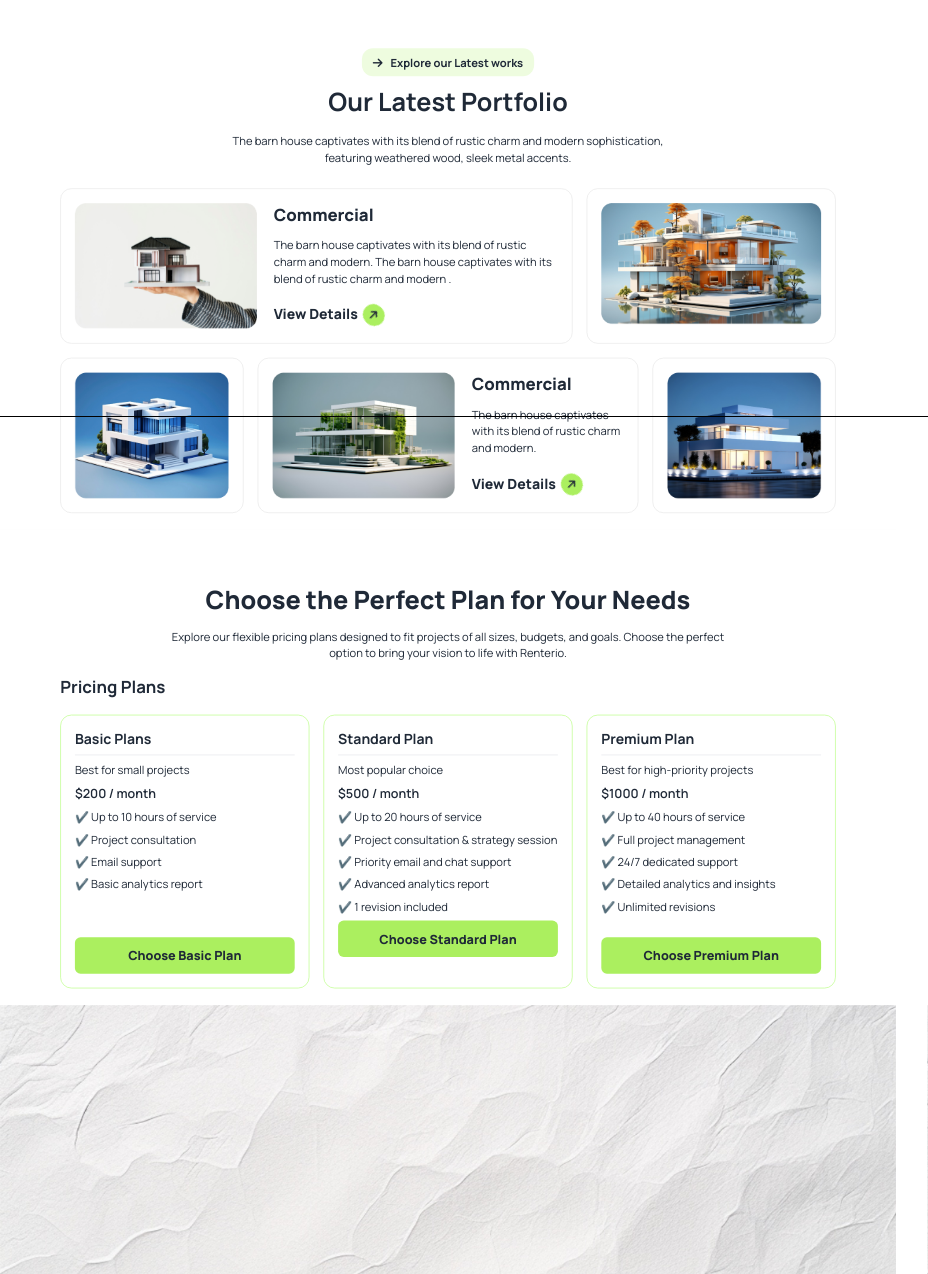
Repository: Tanvir4312/assignment-03
Page: index.html
The author's editor kept a copy of each file at every save. The page is drawn from the files as they stood at one save, then again after the next save.
The browser window is 1280 px wide. The page is 1325 px wide, so the pictures cover 1325 px, including what lies to the right of the window. The pictures show the part of the page from y = 2310 to 4150 px (the page is 4130 px tall before and 4150 px after), at 70% of full size.
Some web libraries are served in a nearby version.

Above is the page before, as saved 2024-10-30 20:46:27.

### index.html
<!DOCTYPE html>
<html lang="en">

<head>
    <meta charset="UTF-8">
    <meta name="viewport" content="width=device-width, initial-scale=1.0">
    <title>Renterio</title>
    <link rel="stylesheet" href="styles/styles.css">
    <!-- DaisyUI -->
    <link href="https://cdn.jsdelivr.net/npm/daisyui@4.12.14/dist/full.min.css" rel="stylesheet" type="text/css" />
    <script src="https://cdn.tailwindcss.com"></script>
    <!-- Icon -->
    <link rel="stylesheet" href="https://cdnjs.cloudflare.com/ajax/libs/font-awesome/6.6.0/css/all.min.css"
        integrity="sha512-Kc323vGBEqzTmouAECnVceyQqyqdsSiqLQISBL29aUW4U/M7pSPA/gEUZQqv1cwx4OnYxTxve5UMg5GT6L4JJg=="
        crossorigin="anonymous" referrerpolicy="no-referrer" />

    <script>
        tailwind.config = {
            theme: {
                extend: {
                    colors: {
                        clifford: '#da373d',
                        bgBtnColor: '#ABEF5F',
                        btnTextAndWorksTextColor: '#1C1C1C',
                        mainColor: '#212121',
                        secondaryColor: '#494949',

                    }
                }
            }
        }
    </script>
</head>

<body class="manrope-font">
    <header>
        <!-- Navbar -->
        <nav class="container mx-auto">
            <div class="navbar relative py-14">
                <div class="navbar-start">
                    <div class="absolute right-0">
                        <div class="dropdown">
                            <div tabindex="0" role="button"
                                class="btn btn-ghost mr-2 lg:hidden border border-[rgba(233,233,233)] rounded-full bg-[#f9f8f8]">
                                <svg xmlns="http://www.w3.org/2000/svg" class="h-5 w-5" fill="none" viewBox="0 0 24 24"
                                    stroke="currentColor">
                                    <path stroke-linecap="round" stroke-linejoin="round" stroke-width="2"
                                        d="M4 6h16M4 12h8m-8 6h16" />
                                </svg>
                            </div>
                            <div class="absolute -left-20">
                                <ul tabindex=""
                                    class="menu menu-sm dropdown-content bg-base-100 rounded-box z-[1] p-2 shadow w-32">
                                    <li><a>Home</a></li>
                                    <li><a>Services</a></li>
                                    <li><a>Portfolio</a></li>
                                    <li><a>Blogs</a></li>
                                    <li><a>Contact Us</a></li>
                                </ul>
                            </div>
                        </div>
                    </div>
                    <i class="fa-solid fa-arrow-right -rotate-45 bg-bgBtnColor p-2 rounded-full	"></i>
                    <a class="btn btn-ghost font-extrabold text-3xl pl-2">Renterio</a>
                </div>
                <div class="navbar-center hidden lg:flex">
                    <ul class="menu menu-horizontal px-1">
                        <li><a class="font-extrabold">Home</a></li>
                        <li><a>Services</a></li>
                        <li><a>Portfolio</a></li>
                        <li><a>Blogs</a></li>
                        <li><a>Contact Us</a></li>
                    </ul>
                </div>

                <div class="navbar-end hidden md:block">
                    <div class="flex justify-end">
                        <div class="flex items-center gap-3 mr-2">
                            <div class="px-3 py-1 border border-[rgba(233,233,233)] rounded-full bg-[#f9f8f8]">
                                <i class="fa-solid fa-magnifying-glass"></i>
                            </div>
                            <div class="px-3 py-1 border border-[rgba(233,233,233)] rounded-full bg-[#f9f8f8]">
                                <i class="fa-solid fa-cart-shopping"></i>
                            </div>
                        </div>
                        <div class="relative ">
                            <button class="btn bg-bgBtnColor rounded-3xl pr-14 text-lg font-semibold">Book
                                Consult</button>
                            <i
                                class="fa-solid fa-arrow-right -rotate-45 bg-black text-white p-2 rounded-full absolute top-2 right-4 "></i>
                        </div>
                    </div>
                </div>
            </div>
        </nav>
        <!-- Banner -->
        <section class="banner text-center">
            <!-- Banner Image -->
            <div class="flex justify-center px-14">
                <img src="./assets/banner.png" alt="">
            </div>
            <!-- Banner Text -->
            <div class="mt-6">
                <h1 class="text-3xl md:text-6xl font-extrabold md:leading-[80px]">A barn house of this design
                    has a <br>striking appearance
                </h1>
                <p class="mt-6 mb-8 px-5">The barn house captivates with its blend of rustic charm and modern
                    sophistication,
                    featuring weathered wood, sleek metal <br> accents, and large windows that flood the space with
                    natural light.</p>
                <!-- Banner Button -->
                <div class="relative flex px-2 md:justify-center md:items-center">
                    <div class="w-full text-start md:text-center">
                        <button
                            class="btn border border-[rgba(171,239,95)] bg-[rgba(171,239,95,0.5)] rounded-3xl mainColor text-xl font-extrabold pr-14 l w-full md:w-52">View
                            Details</button>
                    </div>
                    <div>
                        <i
                            class="fa-solid fa-arrow-right -rotate-45 bg-bgBtnColor p-2 rounded-full absolute bottom-2 right-[590px]"></i>

                        <i
                            class="md:hidden absolute top-3 right-20 fa-solid fa-arrow-right -rotate-45 bg-bgBtnColor p-2 rounded-full"></i>
                    </div>
                </div>
            </div>
        </section>
    </header>

    <main class="bg-[#F4F4F4]">
        <!-- Commercial and Residential Section -->
        <section class="bg-[#F4F4F4] md:my-24 my-5 pt-7 pb-5 md:pb-20">
            <!-- Vector Image -->
            <img class="hidden md:block border-dashed border-2 border-slate-300 py-7 ml-9" src="./assets/Vector.png"
                alt="">
            <div class="md:w-[1140px] mx-auto grid md:grid-cols-2 grid-cols-1 gap-5 p-4 md:p-0">
                <div>
                    <!-- About Us Button -->
                    <div class="flex justify-center md:flex-col">
                        <div class="bg-white w-32 py-2 px-4 rounded-2xl">
                            <i class="fa-solid fa-arrow-right pr-2"></i>
                            <button class="font-bold">About Us</button>
                        </div>
                    </div>
                    <!-- Text -->
                    <div class="mt-4 md:text-start text-center">
                        <h1 class="text-2xl md:text-4xl font-bold mainColor mb-6">We design thoughtful, <br> liveable
                            spaces
                        </h1>
                        <p class="secondaryColor">The barn house captivates with its blend of rustic charm and
                            modern sophistication, featuring weathered wood, sleek metal accents.</p>
                    </div>

                    <div class="flex md:items-center gap-5 my-6 bg-white p-6 rounded-2xl">
                        <!-- Image -->
                        <div>
                            <img src="./assets/commercial.png" alt="">
                        </div>
                        <!-- Text -->
                        <div>
                            <h3 class="text-xl font-extrabold">Commercial</h3>
                            <p><small>The barn house captivates with its blend <br> of rustic charm and modern.</small>
                            </p>
                        </div>
                    </div>
                    <div class="flex md:items-center gap-5 bg-white p-6 rounded-2xl">
                        <!-- Image -->
                        <div>
                            <img src="./assets/residential.png" alt="">
                        </div>
                        <!-- Text -->
                        <div>
                            <h3 class="text-xl font-extrabold">Residential</h3>
                            <p><small>The barn house captivates with its blend <br> of rustic charm and modern.</small>
                            </p>
                        </div>
                    </div>

                </div>
                <!-- Image -->
                <div>
                    <img class="h-60 w-full md:h-[500px]" src="./assets/Rectangle.png" alt="">
                </div>
            </div>
        </section>
        <!-- Works Process section -->
        <section class="md:w-[1140px] mx-auto px-4 md:px-0 md:pb-24">
            <!-- Works Button -->
            <div class="flex justify-center">
                <div class="bg-white py-2 px-4 rounded-2xl">
                    <i class="fa-solid fa-arrow-right pr-2"></i>
                    <button class="font-bold">How We Works</button>
                </div>
            </div>
            <!-- Text -->
            <div class="text-center">
                <h1 class="py-4 md:py-6 text-2xl md:text-4xl font-bold">Our Works Process</h1>
                <p>The barn house captivates with its blend of rustic charm and modern sophistication, <br> featuring
                    weathered wood, sleek metal accents.</p>
            </div>
            <!-- Card -->
            <div class="card grid grid-cols-1 md:grid-cols-4 gap-4 my-8">
                <div class="bg-[rgba(231,193,211)] rounded-2xl p-5">
                    <img src="./assets/concept.png" alt="">
                    <h4 class="py-2 text-xl font-bold">Concept</h4>
                    <p>The barn house captivates with its blend of rustic charm and modern.</p>
                </div>
                <div class="bg-[rgba(239,218,110)] rounded-2xl p-5">
                    <img src="./assets/flow-chart.png" alt="">
                    <h4 class="py-2 text-xl font-bold">Design Process</h4>
                    <p>The barn house captivates with its blend of rustic charm and modern.</p>
                </div>
                <div class="bg-[rgba(164,218,195)] rounded-2xl p-5">
                    <img src="./assets/concept.png" alt="">
                    <h4 class="py-2 text-xl font-bold">Supervision</h4>
                    <p>The barn house captivates with its blend of rustic charm and modern.</p>
                </div>
                <div class="bg-[rgba(119,170,234)] rounded-2xl p-5">
                    <img src="./assets/concept.png" alt="">
                    <h4 class="py-2 text-xl font-bold">Budget Planning</h4>
                    <p>The barn house captivates with its blend of rustic charm and modern.</p>
                </div>
            </div>
        </section>
        <!-- Latest Portfolio Section -->
        <section class="md:bg-white">
            <div class=" md:w-[1140px] mx-auto py-6 px-4 md:pt-20">
                <!-- Latest Works Button -->
                <div class="flex justify-center">
                    <div class="bg-[rgba(171,239,95,0.2)] py-2 px-4 rounded-2xl">
                        <i class="fa-solid fa-arrow-right pr-2"></i>
                        <button class="font-bold">Explore our Latest works</button>
                    </div>
                </div>
                <!-- Text -->
                <div class="text-center">
                    <h1 class="pt-4 pb-6 md:text-4xl text-2xl font-bold">Our Latest Portfolio</h1>
                    <p>The barn house captivates with its blend of rustic charm and modern sophistication, <br>
                        featuring
                        weathered wood, sleek metal accents.</p>
                </div>
                <!-- Latest Portfolio Card First Row -->
                <div class="pt-8 grid grid-cols-1 md:grid-cols-3 gap-5">
                    <!-- First Card -->
                    <div class="md:col-span-2 rounded-2xl ">
                        <div class="md:flex gap-6 border border-[rgba(233,233,233)] rounded-2xl p-5 bg-white">
                            <img src="./assets/img1.png" alt="">
                            <div>
                                <h3 class="text-2xl font-extrabold">Commercial</h3>
                                <p class="pt-4 pb-6">The barn house captivates with its blend of rustic charm and
                                    modern. The barn house
                                    captivates with its blend of rustic charm and modern .</p>

                                <a class="text-xl font-extrabold pr-1" href="">View Details</a>
                                <i class="fa-solid fa-arrow-right -rotate-45 bg-bgBtnColor p-2 rounded-full	"></i>
                            </div>
                        </div>
                    </div>
                    <!-- Second Card -->
                    <div class="border border-[rgba(233,233,233)] rounded-2xl p-5 bg-white">
                        <img src="./assets/img2.png" alt="">
                    </div>

                </div>
                <!-- Latest Portfolio Card Second Row -->
                <div class="grid grid-cols-1 md:grid-cols-4 gap-5 mt-5">
                    <!-- First Card -->
                    <div class="border border-[rgba(233,233,233)] rounded-2xl p-5 bg-white">
                        <img class="h-full w-full" src="./assets/img3.png" alt="">
                    </div>
                    <!-- Second Card -->
                    <div class="md:col-span-2 rounded-2xl ">
                        <div class="md:flex gap-6 border border-[rgba(233,233,233)] rounded-2xl p-5 bg-white">
                            <img src="./assets/img4.png" alt="">
                            <div>
                                <h3 class="text-2xl font-extrabold">Commercial</h3>
                                <p class="pt-4 pb-6">The barn house captivates with its blend of rustic charm and
                                    modern.</p>

                                <a class="text-xl font-extrabold pr-1" href="">View Details</a>
                                <i class="fa-solid fa-arrow-right -rotate-45 bg-bgBtnColor p-2 rounded-full	"></i>
                            </div>
                        </div>
                    </div>
                    <!-- Third Card -->
                    <div class="border border-[rgba(233,233,233)] rounded-2xl p-5 bg-white">
                        <img class="h-full w-full" src="./assets/img5.png" alt="">
                    </div>

                </div>
            </div>
        </section>
        <!-- Perfect Plan Section -->
        <section class="md:bg-white">
            <div class="md:w-[1140px] mx-auto py-6 px-4 md:pt-20">
                <!-- Text -->
                <div class="text-center">
                    <h1 class="text-2xl md:text-4xl font-extrabold">Choose the Perfect Plan for Your Needs</h1>
                    <p class="py-5">Explore our flexible pricing plans designed to fit projects of all sizes, budgets,
                        and goals. Choose the perfect <br> option to bring your vision to life with Renterio.</p>
                </div>
                <p class="text-2xl font-bold pb-6">Pricing Plans</p>
                <!-- Cards -->
                <div class="grid grid-cols-1 md:grid-cols-3 gap-5">
                    <!-- Card-01 -->
                    <div class="border border-[#bdfe8b] p-5 rounded-2xl bg-white">
                        <div class="space-y-2">
                            <h3 class="text-xl font-bold">Basic Plans</h3>
                            <hr>
                            <p>Best for small projects</p>
                            <h5 class="text-lg font-semibold">$200 / month</h5>
                            <li class="list-none">✔️ Up to 10 hours of service</li>
                            <li class="list-none">✔️ Project consultation</li>
                            <li class="list-none">✔️ Email support</li>
                            <li class="list-none">✔️ Basic analytics report</li>
                        </div>

                        <button class="bg-bgBtnColor p-3 rounded-lg text-lg font-extrabold mt-16 w-full">Choose
                            Basic Plan</button>

                    </div>
                    <!-- Card-02 -->
                    <div class="border border-[#bdfe8b] p-5 rounded-2xl bg-white">
                        <div class="space-y-2">
                            <h3 class="text-xl font-bold">Standard Plan</h3>
                            <hr>
                            <p>Most popular choice</p>
                            <h5 class="text-lg font-semibold">$500 / month</h5>
                            <li class="list-none">✔️ Up to 20 hours of service</li>
                            <li class="list-none">✔️ Project consultation & strategy session</li>
                            <li class="list-none">✔️ Priority email and chat support</li>
                            <li class="list-none">✔️ Advanced analytics report</li>
                            <li class="list-none">✔️ 1 revision included</li>
                        </div>

                        <button class="bg-bgBtnColor p-3 rounded-lg text-lg font-extrabold mt-2 w-full">Choose Standard
                            Plan</button>

                    </div>
                    <!-- Card-03 -->
                    <div class="border border-[#bdfe8b] p-5 rounded-2xl bg-white">
                        <div class="space-y-2">
                            <h3 class="text-xl font-bold">Premium Plan</h3>
                            <hr>
                            <p>Best for high-priority projects</p>
                            <h5 class="text-lg font-semibold">$1000 / month</h5>
                            <li class="list-none">✔️ Up to 40 hours of service</li>
                            <li class="list-none">✔️ Full project management</li>
                            <li class="list-none">✔️ 24/7 dedicated support</li>
                            <li class="list-none">✔️ Detailed analytics and insights</li>
                            <li class="list-none">✔️ Unlimited revisions</li>
                        </div>

                        <button class="bg-bgBtnColor p-3 rounded-lg text-lg font-extrabold mt-8 w-full">Choose Premium
                            Plan</button>

                    </div>
                </div>
            </div>
        </section>
    </main>

    <section class="next-project h-96">

    </section>
</body>

</html>

### styles/styles.css
/* Font */
@import url('https://fonts.googleapis.com/css2?family=Manrope:wght@200..800&display=swap');


.manrope-font {
  font-family: "Manrope", sans-serif;
}

/* Next Project Section */
.next-project{
  background-image: url('/assets/bg.jpg');
  background-repeat: no-repeat;
  background-position: center;
  background-size: cover;
}

After the next save:
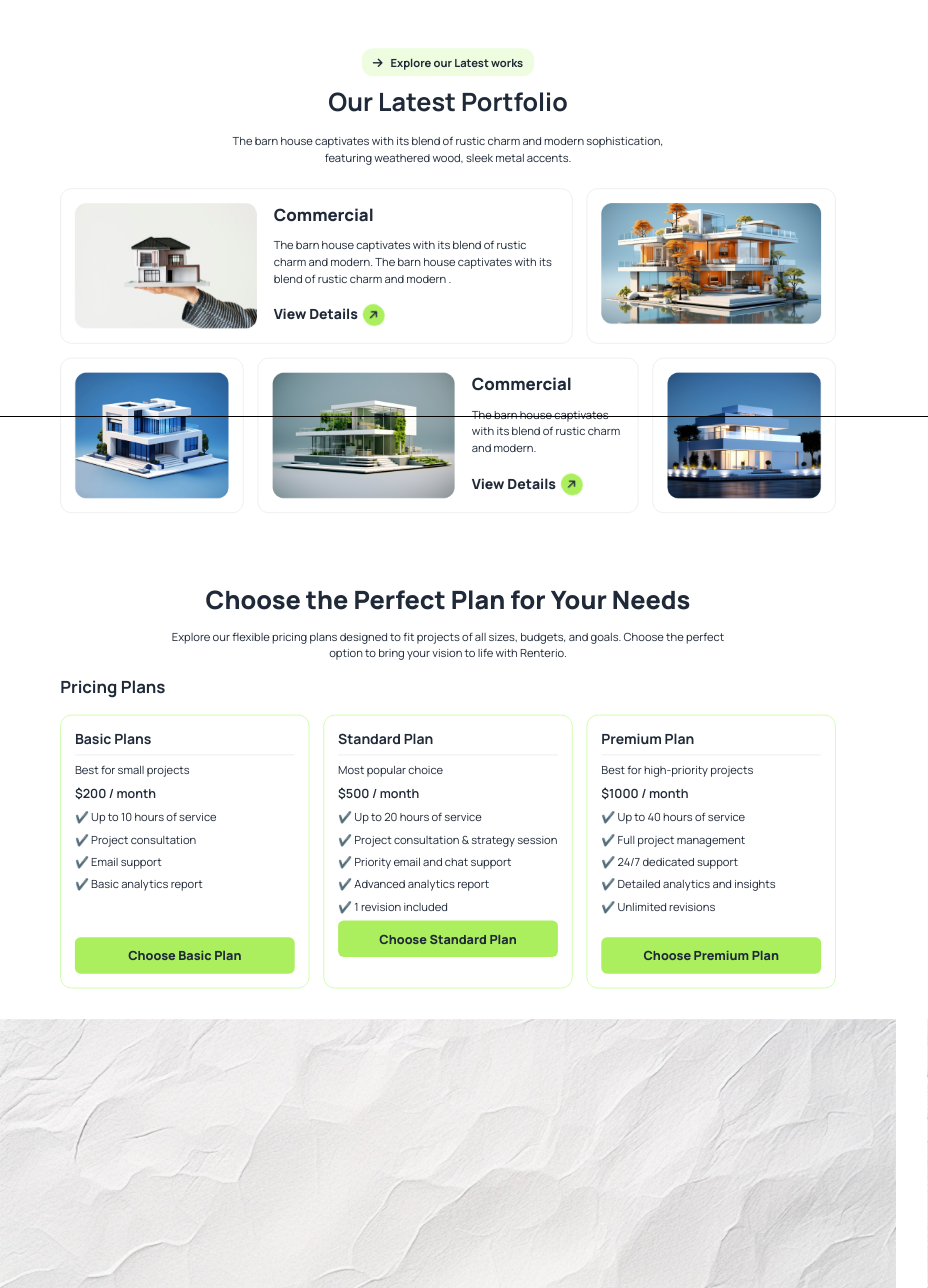
Saved 40 s later.
--- a/index.html
+++ b/index.html
@@ -360,7 +360,7 @@
         </section>
     </main>
 
-    <section class="next-project h-96">
+    <section class="next-project h-96 mt-5">
 
     </section>
 </body>
